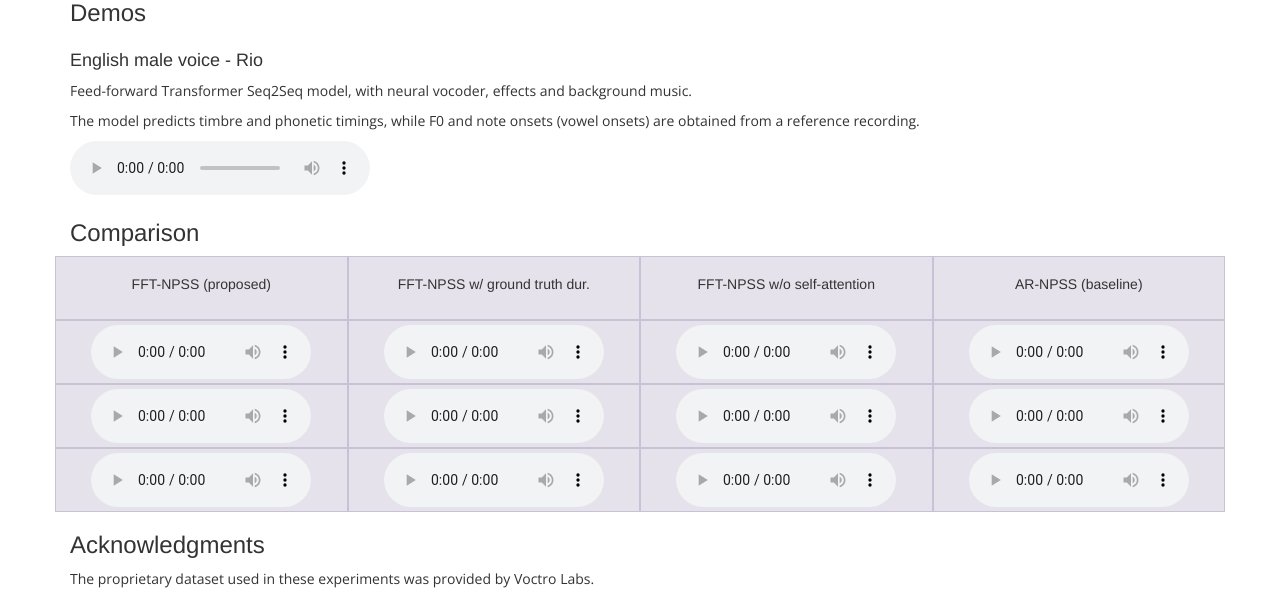
Repository: PeterGuoRuc/SVS_pe.github.io
Page: index.html
These files come from the project's save history. The page is drawn as it stood at one moment and after the next save; the edit follows.
The browser window is 1280 px wide. The pictures show the part of the page from y = 579 to 1178 px (the page is 1178 px tall before and 957 px after).
A picture or video elsewhere on the page could not be fetched, so the positions and the page height are approximate.

Above is the page before, as saved 2021-06-06 16:32:14.

After the next save:
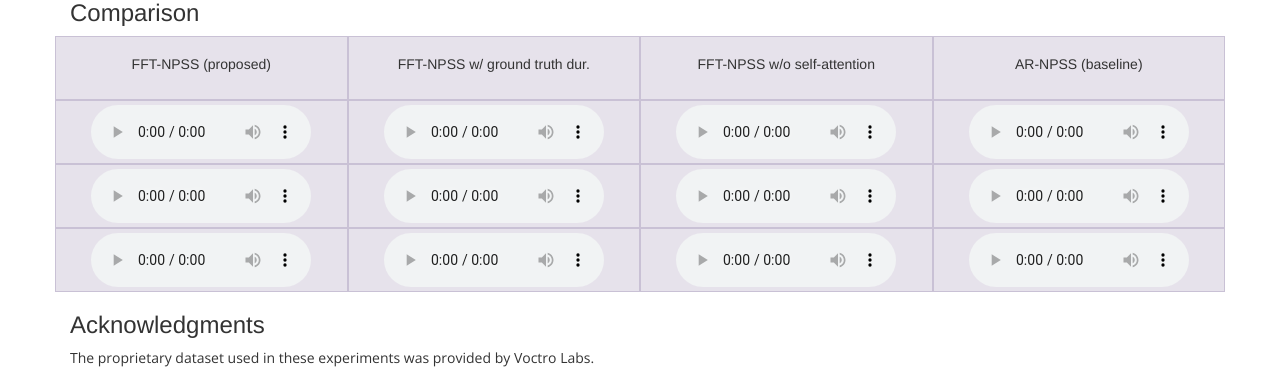
Saved 61 s later.
--- a/index.html
+++ b/index.html
@@ -51,13 +51,6 @@
 
       <center><img src="images/model_arch.png"/></center>
 
-      <h3>Demos</h3>
-
-      <h4>English male voice - Rio</h4>
-      <p>Feed-forward Transformer Seq2Seq model, with neural vocoder, effects and background music.</p>
-      <p>The model predicts timbre and phonetic timings, while F0 and note onsets (vowel onsets) are obtained from a reference recording.</p>
-      <div><audio src="files/rio_mixdown.mp3" controls></audio></div>
-
 
       <h3>Comparison</h3>
       <div class="row">
